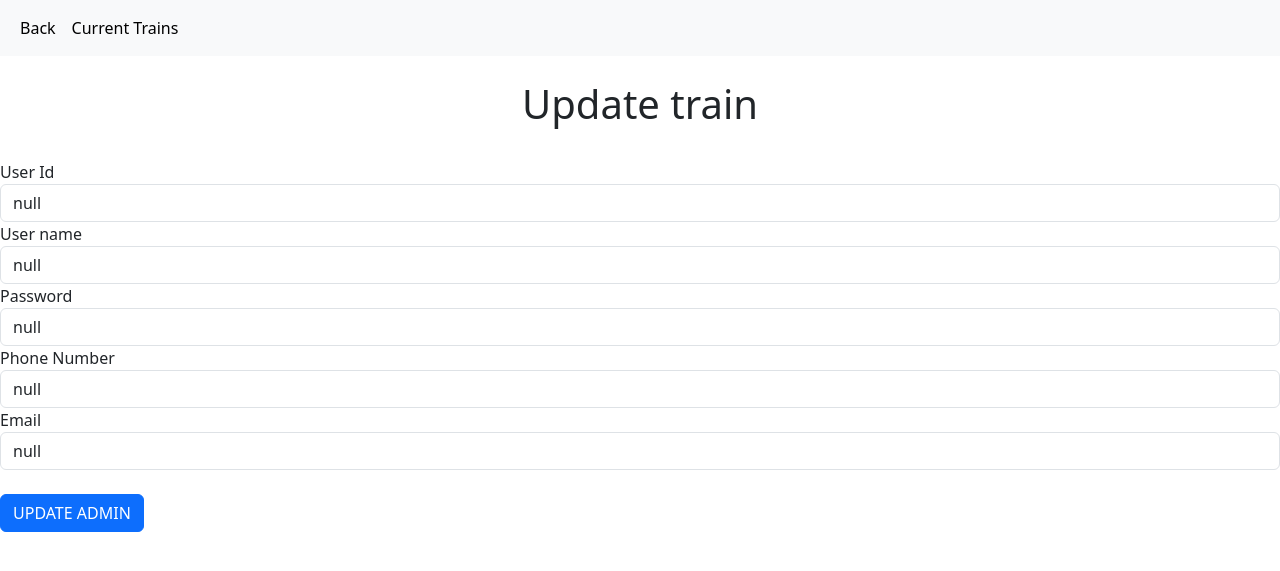
Repository: SachinUthpala/Railway-Reservation
Page: http://localhost/Railway/Admin/UpdateUsers/Update_users.jsp
The author's editor kept a copy of each file at every save. The page is drawn from the files as they stood at one save, then again after the next save.
The browser window is 1280 px wide. The pictures show the whole page.
The page is served by Tomcat 9.

Above is the page before, as saved 2023-05-21 12:41:23.

After the next save:
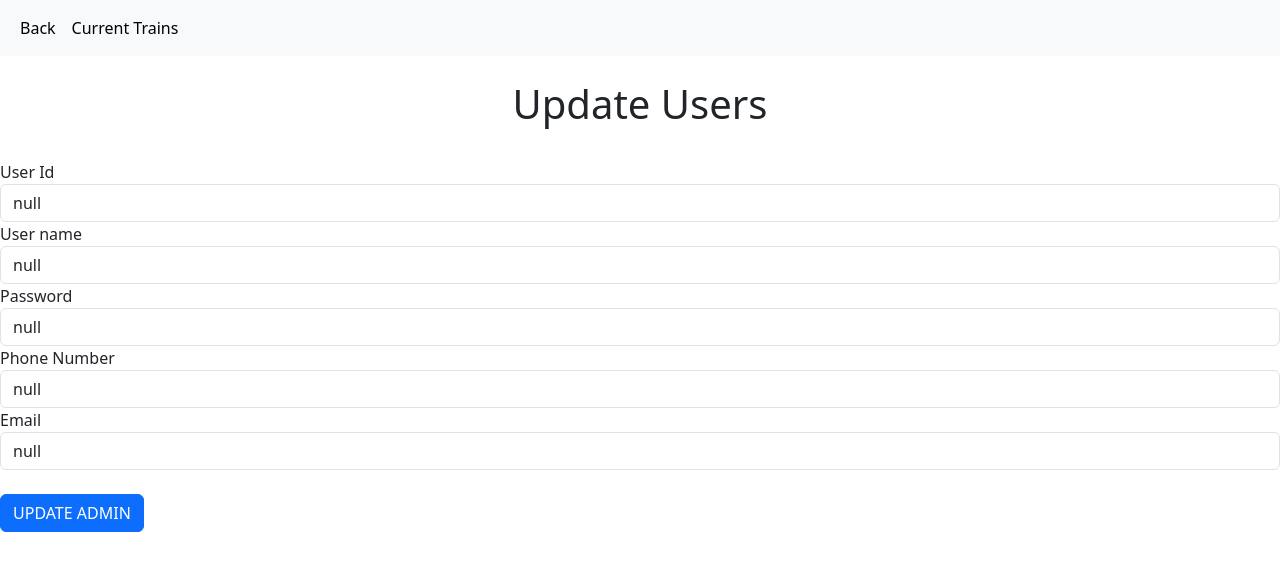
Saved 99 s later.
--- a/Railway/src/main/webapp/Admin/UpdateUsers/Update_users.jsp
+++ b/Railway/src/main/webapp/Admin/UpdateUsers/Update_users.jsp
@@ -39,7 +39,7 @@
 			</nav>
 			<br>
 
-    <h1><center>Update train</center></h1>
+    <h1><center>Update Users</center></h1>
     <br>
     <form method="post" action="">
 
